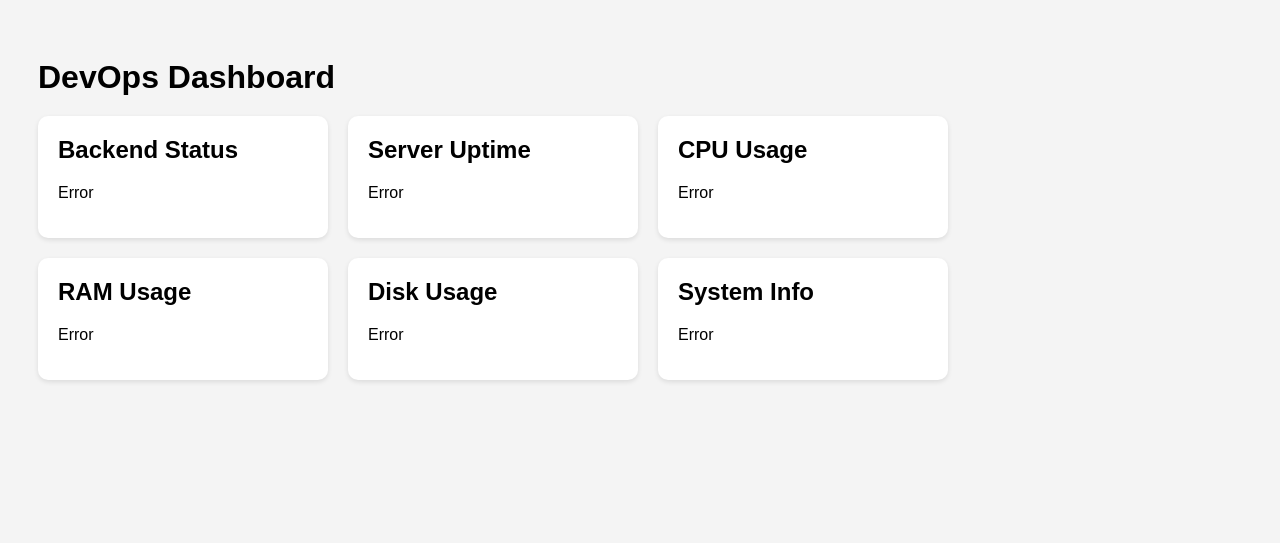
Repository: manoj-991/devops-dashboard
Page: frontend/index.html
The author's editor kept a copy of each file at every save. The page is drawn from the files as they stood at one save, then again after a run of saves.
The browser window is 1280 px wide. The pictures show the whole page.
The page's requests for data from a server got no answer.

Above is the page before, as saved 2026-05-23 00:20:24.

### frontend/index.html
<!DOCTYPE html>
<html>

<head>

    <title>DevOps Dashboard</title>

    <link rel="stylesheet" href="/frontend/style.css">

</head>

<body>

    <h1>DevOps Dashboard</h1>

    <div class="dashboard">

        <div class="card">
            <h2>Backend Status</h2>
            <p id="backend-status">Loading...</p>
        </div>

        <div class="card">
            <h2>Server Uptime</h2>
            <p id="uptime-result">Loading...</p>
        </div>

        <div class="card">
            <h2>CPU Usage</h2>
            <p id="cpu-result">Loading...</p>
        </div>

        <div class="card">
            <h2>RAM Usage</h2>
            <p id="ram-result">Loading...</p>
        </div>

        <div class="card">
            <h2>Disk Usage</h2>
            <p id="disk-result">Loading...</p>
        </div>

        <div class="card">
            <h2>System Info</h2>

            <p id="system-result">
                Loading...
            </p>
        </div>

    </div>

    <script src="/frontend/app.js"></script>

</body>

</html>

### frontend/style.css
body {

    font-family: Arial;
    background-color: #f4f4f4;
    padding: 30px;
}

h1 {

    margin-bottom: 20px;
}

.dashboard {

    display: flex;
    gap: 20px;
    flex-wrap: wrap;
}

.card {

    background: white;
    padding: 20px;
    width: 250px;
    border-radius: 10px;

    box-shadow: 0 2px 5px rgba(0,0,0,0.1);
}

h2 {

    margin-top: 0;
}

### frontend/app.js
async function fetchData(url) {

    const response = await fetch(url);

    return await response.json();
}

async function loadDashboard() {

    try {

        const health = await fetchData("/api/health");

        document.getElementById("backend-status").innerText =
            health.status;

    } catch {

        document.getElementById("backend-status").innerText =
            "Error";
    }

    try {

        const uptime = await fetchData("/api/uptime");

        document.getElementById("uptime-result").innerText =
            uptime.uptime;

    } catch {

        document.getElementById("uptime-result").innerText =
            "Error";
    }

    try {

        const cpu = await fetchData("/api/cpu");

        document.getElementById("cpu-result").innerText =
            cpu.cpu;

    } catch {

        document.getElementById("cpu-result").innerText =
            "Error";
    }

    try {

        const ram = await fetchData("/api/ram");

        document.getElementById("ram-result").innerText =
            ram.ram;

    } catch {

        document.getElementById("ram-result").innerText =
            "Error";
    }

    try {

        const disk = await fetchData("/api/disk");

        document.getElementById("disk-result").innerText =
            disk.disk;

    } catch {

        document.getElementById("disk-result").innerText =
            "Error";
    }

    try {

        const system = await fetchData("/api/system");

        document.getElementById("system-result").innerText =
            `${system.hostname}
${system.platform}`;

    } catch {

        document.getElementById("system-result").innerText =
            "Error";
    }
}

loadDashboard();

setInterval(loadDashboard, 5000);

After the next 2 saves:
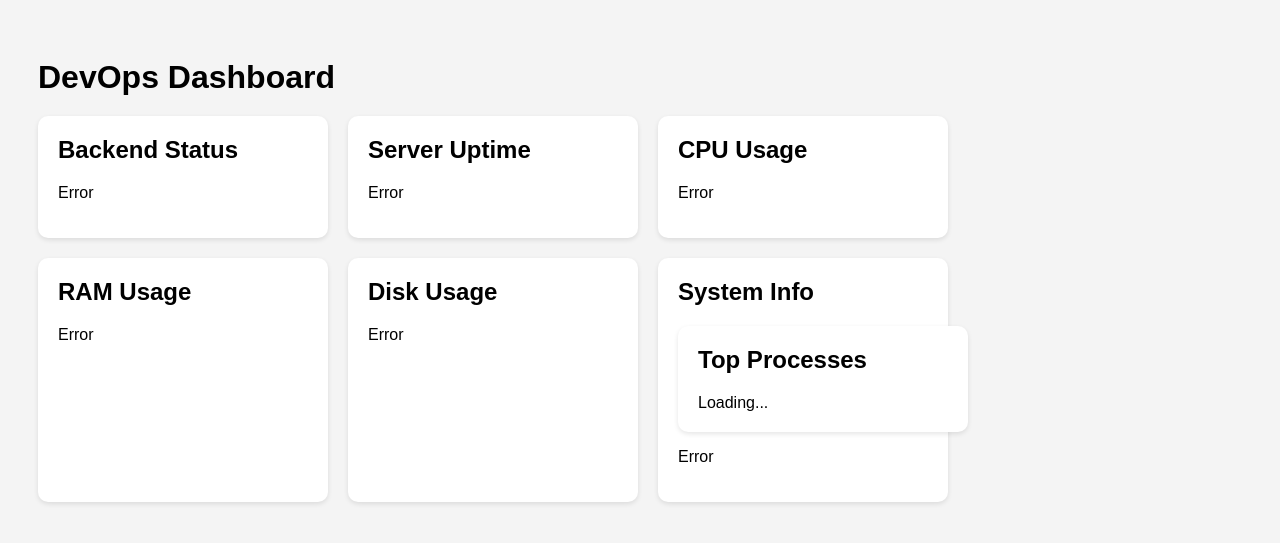
The 2 saves are shown as one change because they came seconds apart.
The last was saved 9 h 37 min later.
--- a/frontend/index.html
+++ b/frontend/index.html
@@ -42,6 +42,15 @@
 
         <div class="card">
             <h2>System Info</h2>
+            <div class="card">
+
+                <h2>Top Processes</h2>
+
+                <div id="process-result">
+                    Loading...
+                </div>
+
+            </div>
 
             <p id="system-result">
                 Loading...
